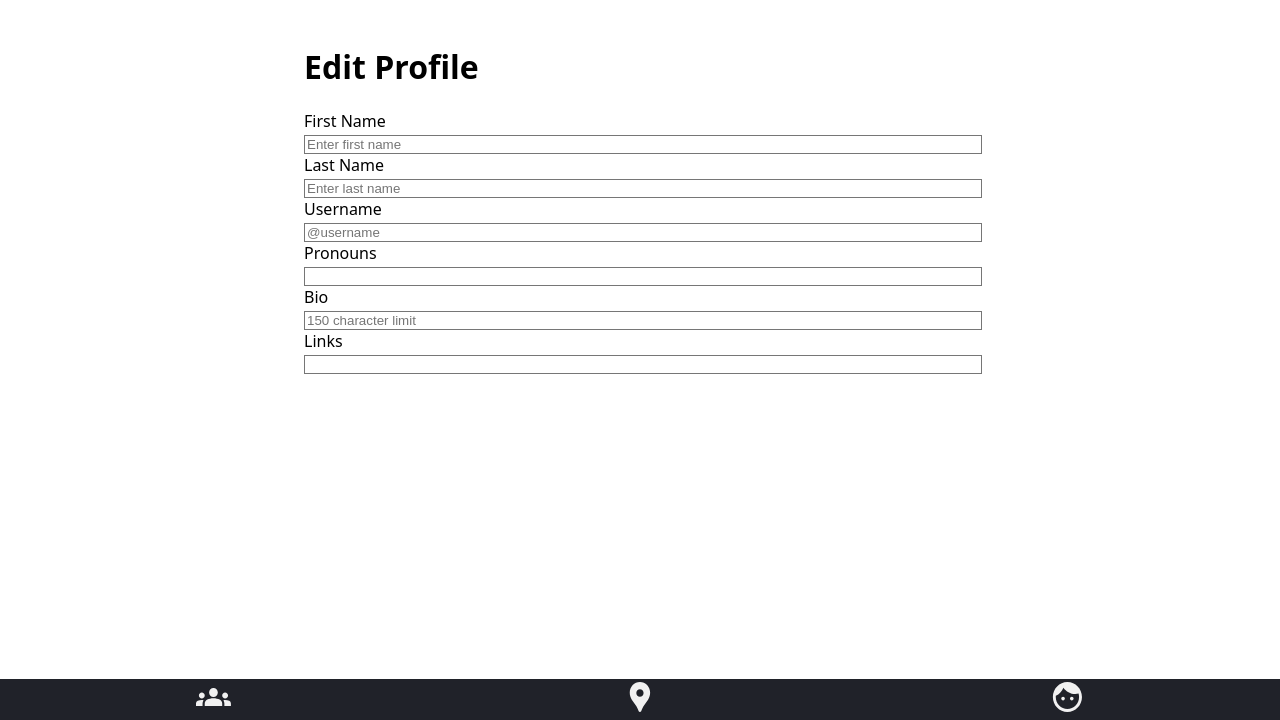
Repository: amolwalia/LocaLens-App
Page: /profile
An editor plug-in stored every save of this project. The page is shown before and after the next save, followed by the edit.
The browser window is 1280 px wide. The pictures show the whole page.
The project was rebuilt for these pictures with package versions that can differ from the ones it lists, and the page was loaded fresh each time. The framework's server and built-in components were replaced by stand-ins that run in the browser. Also part of the build but not shown: next.config.mjs.

Above is the page before, as saved 2025-05-22 23:32:55.

### app/profile/page.jsx
"use client";

import { useState } from "react";
import NavBar from "@/components/NavBar";
import Input from "@/components/Input/Input";

export default function ProfilePage() {
  const [formData, setFormData] = useState({
    firstName: "Samuel L.",
    lastName: "Jackson",
    username: "@jackson.jpeg",
    pronouns: "He/Him",
    bio: "I take pictures because I like to. Follow me and my journey",
    links: "https://shorturl.at/xvcix",
  });

  const handleChange = (event) => {
    const { id, value } = event.target;
    setFormData((prev) => ({ ...prev, [id]: value }));
  };

  const handleSubmit = async (event) => {
    event.preventDefault();
    try {
      await new Promise((resolve) => setTimeout(resolve, 1000));
      alert("Profile saved successfully!");
    } catch (error) {
      console.error("Error saving profile:", error);
      alert("Failed to save profile");
    }
  };

  return (
    <div className="profileFormContainer">
      <NavBar />
      <h1 className="profileHeadingTitle">Edit Profile</h1>
      <form onSubmit={handleSubmit}>
        <div className="inputSpaces">
          <Input
            label="First Name"
            id="firstName"
            type="text"
            value={formData.firstName}
            onChange={handleChange}
            placeholder="Enter first name"
          />
          <Input
            label="Last Name"
            id="lastName"
            type="text"
            value={formData.lastName}
            onChange={handleChange}
            placeholder="Enter last name"
          />
          <Input
            label="Username"
            id="username"
            type="text"
            value={formData.username}
            onChange={handleChange}
            placeholder="@username"
          />
          <Input
            label="Pronouns"
            id="pronouns"
            type="text"
            value={formData.pronouns}
            onChange={handleChange}
          />
          <Input
            label="Bio"
            id="bio"
            type="text"
            value={formData.bio}
            onChange={handleChange}
            placeholder="150 character limit"
          />
          <Input
            label="Links"
            id="links"
            type="text"
            value={formData.links}
            onChange={handleChange}
          />
        </div>
      </form>
    </div>
  );
}

### app/globals.css
/* File: styles/globals.css */

@import url("https://fonts.googleapis.com/css2?family=Noto+Sans:wght@400;600;700&display=swap");

@tailwind base;
@tailwind components;
@tailwind utilities;

@layer base {
  html {
    font-family: "Noto Sans", sans-serif;
  }
}

.profileFormContainer {
  max-width: 672px;
  margin: 0 auto;
  padding: 16px;
}

.profileHeading {
  font-size: 24px;
  font-weight: bold;
  margin-bottom: 24px;
}

### components/NavBar.jsx
"use client";

import React from "react";
import Link from "next/link";

export default function NavBar() {
  return (
    <nav className="fixed bottom-[0] left-[0] w-full z-50 bg-[#202229] text-white flex justify-around items-center h-16 shadow-md">
      <Link
        href="/home"
        className="flex flex-col items-center text-sm text-gray-700"
      >
        <span className="text-xl">
          <svg
            xmlns="http://www.w3.org/2000/svg"
            width="35"
            height="18"
            viewBox="0 0 35 18"
            fill="none"
          >
            <path
              d="M17.4627 10.125C19.8347 10.125 21.9302 10.71 23.6328 11.475C25.2045 12.195 26.194 13.815 26.194 15.57V18H8.73134V15.585C8.73134 13.815 9.7209 12.195 11.2925 11.49C12.9951 10.71 15.0907 10.125 17.4627 10.125ZM5.8209 10.5C7.42164 10.5 8.73134 9.15 8.73134 7.5C8.73134 5.85 7.42164 4.5 5.8209 4.5C4.22015 4.5 2.91045 5.85 2.91045 7.5C2.91045 9.15 4.22015 10.5 5.8209 10.5ZM7.4653 12.15C6.92687 12.06 6.38843 12 5.8209 12C4.38022 12 3.01231 12.315 1.77537 12.87C0.698508 13.35 0 14.43 0 15.645V18H6.54851V15.585C6.54851 14.34 6.88321 13.17 7.4653 12.15ZM29.1045 10.5C30.7052 10.5 32.0149 9.15 32.0149 7.5C32.0149 5.85 30.7052 4.5 29.1045 4.5C27.5037 4.5 26.194 5.85 26.194 7.5C26.194 9.15 27.5037 10.5 29.1045 10.5ZM34.9254 15.645C34.9254 14.43 34.2269 13.35 33.15 12.87C31.9131 12.315 30.5452 12 29.1045 12C28.5369 12 27.9985 12.06 27.4601 12.15C28.0422 13.17 28.3769 14.34 28.3769 15.585V18H34.9254V15.645ZM17.4627 0C19.8784 0 21.8284 2.01 21.8284 4.5C21.8284 6.99 19.8784 9 17.4627 9C15.047 9 13.097 6.99 13.097 4.5C13.097 2.01 15.047 0 17.4627 0Z"
              fill="#F1F1F1"
            />
          </svg>
        </span>
      </Link>
      <Link
        href="/post"
        className="flex flex-col items-center text-sm text-gray-700"
      >
        <span className="text-xl">
          <svg
            xmlns="http://www.w3.org/2000/svg"
            width="36"
            height="36"
            viewBox="0 0 36 36"
            fill="none"
          >
            <g clipPath="url(#clip0_201_1439)">
              <path
                d="M17.9403 3C12.3086 3 7.75372 7.695 7.75372 13.5C7.75372 16.11 8.48133 18.555 9.80559 20.76C11.1881 23.07 13.0071 25.05 14.4041 27.36C15.0881 28.485 15.5828 29.535 16.1067 30.75C16.4851 31.575 16.7907 33 17.9403 33C19.0899 33 19.3955 31.575 19.7593 30.75C20.2978 29.535 20.778 28.485 21.4619 27.36C22.8589 25.065 24.678 23.085 26.0604 20.76C27.3992 18.555 28.1269 16.11 28.1269 13.5C28.1269 7.695 23.572 3 17.9403 3ZM17.9403 17.625C15.9321 17.625 14.3022 15.945 14.3022 13.875C14.3022 11.805 15.9321 10.125 17.9403 10.125C19.9485 10.125 21.5784 11.805 21.5784 13.875C21.5784 15.945 19.9485 17.625 17.9403 17.625Z"
                fill="#F1F1F1"
              />
            </g>
            <defs>
              <clipPath id="clip0_201_1439">
                <rect
                  width="34.9254"
                  height="36"
                  fill="white"
                  transform="translate(0.4776)"
                />
              </clipPath>
            </defs>
          </svg>
        </span>
      </Link>
      <Link
        href="/profile"
        className="flex flex-col items-center text-sm text-gray-700"
      >
        <span className="text-xl">
          <svg
            xmlns="http://www.w3.org/2000/svg"
            width="36"
            height="36"
            viewBox="0 0 36 36"
            fill="none"
          >
            <g clipPath="url(#clip0_201_1441)">
              <path
                d="M14.0522 17.625C13.0481 17.625 12.2332 18.465 12.2332 19.5C12.2332 20.535 13.0481 21.375 14.0522 21.375C15.0563 21.375 15.8712 20.535 15.8712 19.5C15.8712 18.465 15.0563 17.625 14.0522 17.625ZM22.7836 17.625C21.7795 17.625 20.9645 18.465 20.9645 19.5C20.9645 20.535 21.7795 21.375 22.7836 21.375C23.7877 21.375 24.6026 20.535 24.6026 19.5C24.6026 18.465 23.7877 17.625 22.7836 17.625ZM18.4179 3C10.385 3 3.86565 9.72 3.86565 18C3.86565 26.28 10.385 33 18.4179 33C26.4507 33 32.9701 26.28 32.9701 18C32.9701 9.72 26.4507 3 18.4179 3ZM18.4179 30C12.0003 30 6.77609 24.615 6.77609 18C6.77609 17.565 6.8052 17.13 6.84886 16.71C10.2832 15.135 13.0045 12.24 14.4306 8.655C17.0645 12.495 21.4011 15 26.3052 15C27.4403 15 28.5317 14.865 29.5795 14.61C29.885 15.675 30.0597 16.815 30.0597 18C30.0597 24.615 24.8354 30 18.4179 30Z"
                fill="#F1F1F1"
              />
            </g>
            <defs>
              <clipPath id="clip0_201_1441">
                <rect
                  width="34.9254"
                  height="36"
                  fill="white"
                  transform="translate(0.9552)"
                />
              </clipPath>
            </defs>
          </svg>
        </span>
      </Link>
    </nav>
  );
}

### components/Input/Input.jsx
export default function Input({ label, id, type, placeholder }) {
  return (
    <>
      <label className="text-sm text-black mb-1" htmlFor={id}>
        {label}
      </label>
      <input
        id={id}
        type={type}
        label={label}
        placeholder={placeholder}
        className="w-full px-4 py-2 border border-gray-400 rounded-md mb-4"
      />
    </>
  );
}

Loaded but not shown: app/layout.js (common file)

After the next save:
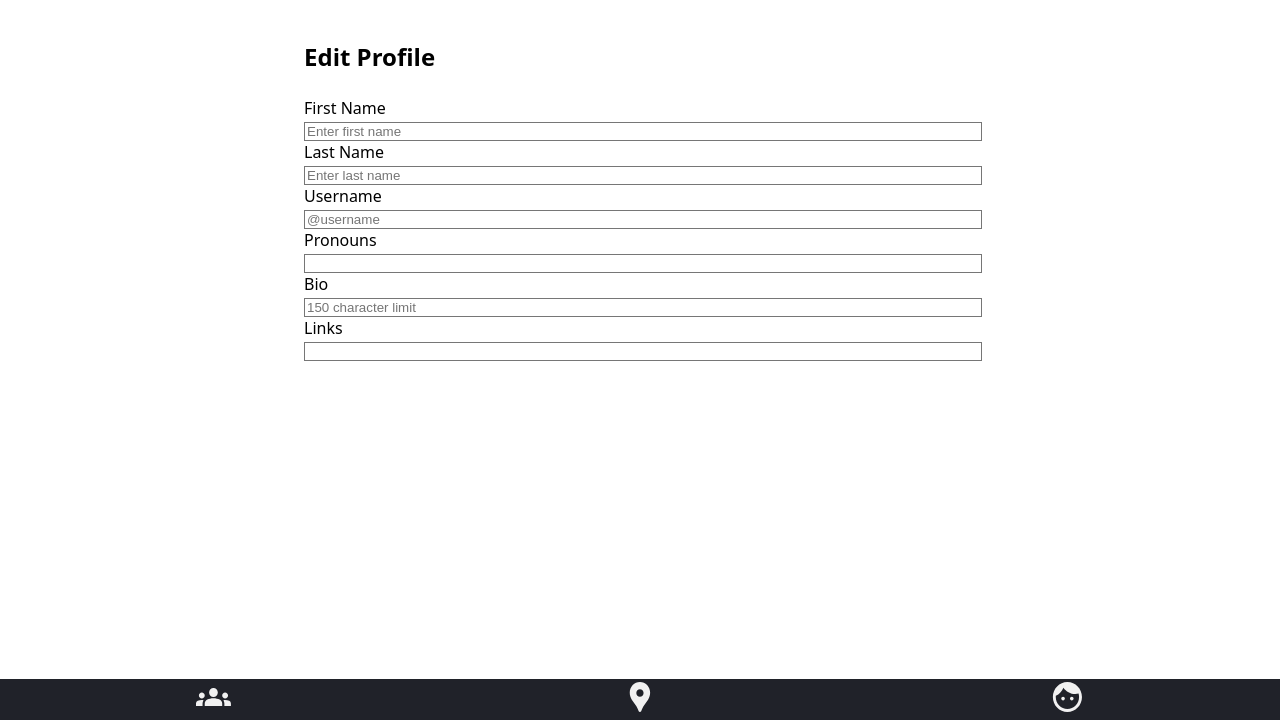
Saved 4 s later.
--- a/app/profile/page.jsx
+++ b/app/profile/page.jsx
@@ -33,7 +33,7 @@ export default function ProfilePage() {
   return (
     <div className="profileFormContainer">
       <NavBar />
-      <h1 className="profileHeadingTitle">Edit Profile</h1>
+      <h1 className="profileHeading">Edit Profile</h1>
       <form onSubmit={handleSubmit}>
         <div className="inputSpaces">
           <Input
